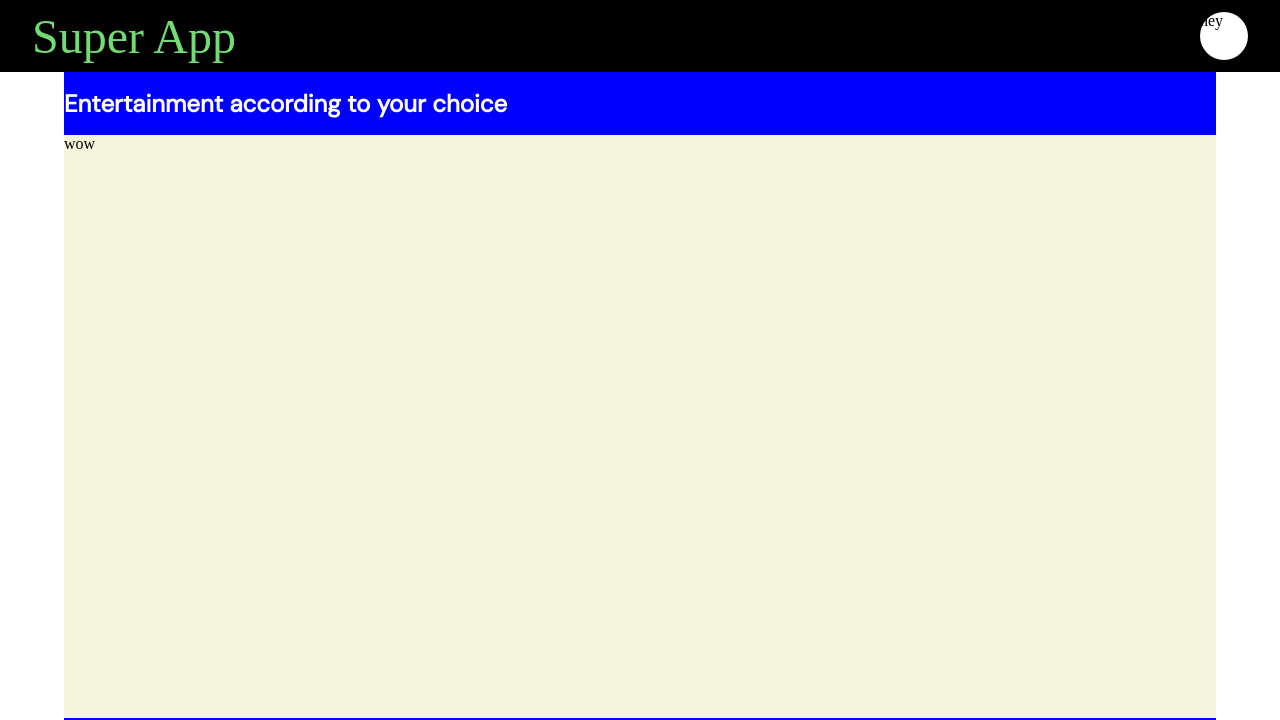
Repository: drumsmanku/react-capstone-project-2
Page: /browse
An editor plug-in stored every save of this project. The page is shown before and after a run of saves, followed by the edit.
The browser window is 1280 px wide. The pictures show the whole page.
The page's requests for data from a server got no answer. Some web fonts or font styles are not loaded; a fallback is used. The project was rebuilt for these pictures with package versions that can differ from the ones it lists, and the page was loaded fresh each time. No one was signed in, and anything a server would have sent is missing. Also part of the build but not shown: src/components/RegistrationPage.js, src/components/SubmitSuccess.js, src/components/CategoriesPage.js, src/components/WeatherandNews.js.

Above is the page before, as saved 2023-06-01 20:39:04.

After the next 3 saves:
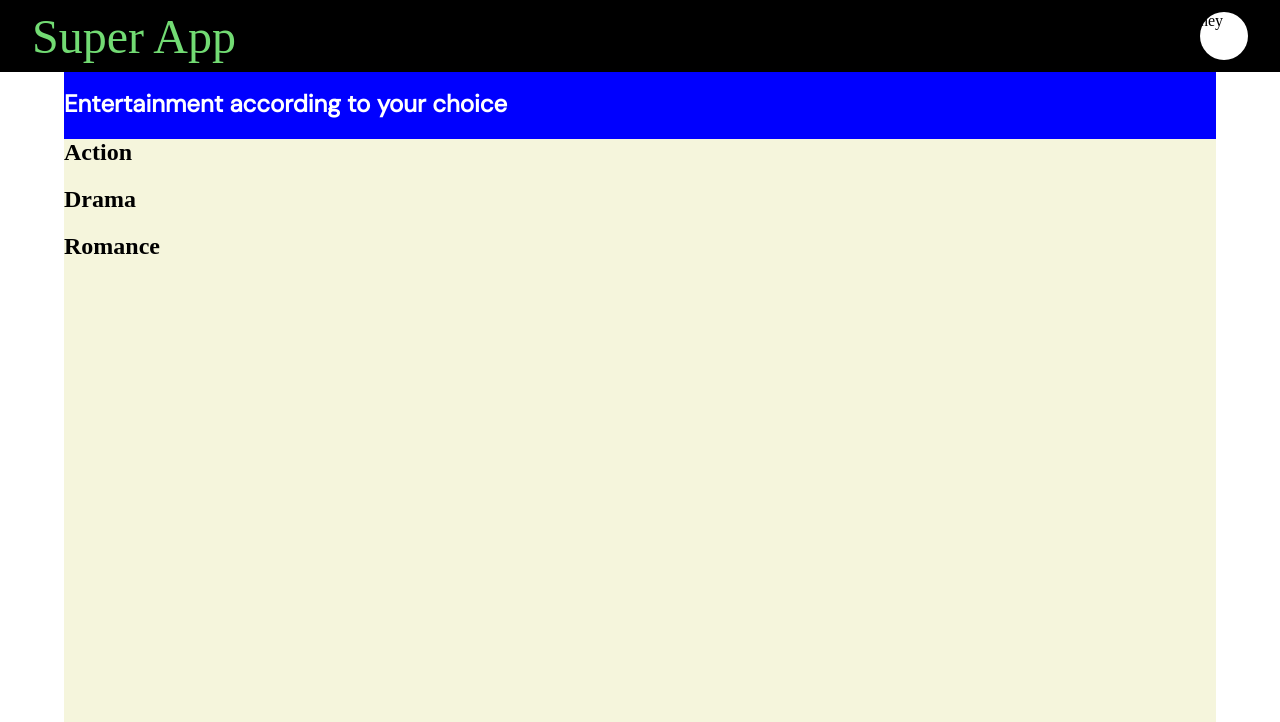
The 3 saves are shown as one change because 2 did not build or start.
The last was saved 19 min 29 s later.
--- a/src/components/BrowseCategories.js
+++ b/src/components/BrowseCategories.js
@@ -1,60 +1,77 @@
-import React from 'react';
-import './BrowseCategories.css';
-import avatar from '../Assets/image14.png'
-import { useState,useEffect } from 'react';
-import axios from 'axios';
+import React from "react";
+import "./BrowseCategories.css";
+import avatar from "../Assets/image14.png";
+import { useState, useEffect } from "react";
+import axios from "axios";
 
 function BrowseCategories() {
+  const [catState, setCatState] = useState(null);
+  const [searchQuery, setSearchQuery] = useState("");
+  const [searchResults, setSearchResults] = useState([]);
+  const [genreImages, setGenreImages] = useState({});
 
-  const[catState, setCatState]=useState(null);
-  const [searchQuery, setSearchQuery] = useState('');
-  const [searchResults, setSearchResults] = useState([]);
-
-
-  useEffect(()=>{
+  useEffect(() => {
     const categoryData = localStorage.getItem("categoryItems");
-    if(categoryData){
-      const finalCatData=JSON.parse(categoryData);
+    if (categoryData) {
+      const finalCatData = JSON.parse(categoryData);
       setCatState(finalCatData);
     }
-  },[])
+  }, []);
 
-  const fetchUnogsData = async (searchQuery) => {
+  const fetchGenreImages = async (genre) => {
     try {
-      const response = await axios.get('https://unogs-unogs-v1.p.rapidapi.com/aaapi.cgi', {
-        headers: {
-          'X-RapidAPI-Host': 'unogs-unogs-v1.p.rapidapi.com',
-          'X-RapidAPI-Key': 'a885653925mshf86f1757c3987cfp1340fbjsn277741ff7fb4',
-        },
-        params: {
-          q: searchQuery,
+      const response = await axios.get(
+        "https://unogs-unogs-v1.p.rapidapi.com/aaapi.cgi",
+        {
+          headers: {
+            "X-RapidAPI-Host": "unogs-unogs-v1.p.rapidapi.com",
+            "X-RapidAPI-Key": "YOUR_RAPIDAPI_KEY",
+          },
+          params: {
+            q: `genre:${genre}`,
+            // Add other parameters as needed
+          },
+        }
+      );
 
-        },
-      });
+      // Extract the image URLs from the response data
+      const imageUrls = response.data.ITEMS.map((item) => item.image);
 
-      return response.data;
+      return imageUrls;
     } catch (error) {
-      console.error('Error fetching data from unogs API:', error);
-      return null;
+      console.error("Error fetching images for genre:", error);
+      return [];
     }
   };
 
+  const genres = ['Action', 'Drama', 'Romance'];
+
   useEffect(() => {
-    if (searchQuery) {
-      const fetchData = async () => {
-        const data = await fetchUnogsData(searchQuery);
-        setSearchResults(data);
-      };
+    const fetchImages = async () => {
+      const images = {};
 
-      fetchData();
-    }
-  }, [searchQuery]);
+      for (const genre of genres) {
+        images[genre] = await fetchGenreImages(genre);
+      }
+
+      setGenreImages(images);
+    };
+
+    fetchImages();
+  }, []);
 
   return (
-    <div className='container-b'>
+    <div className="container-b">
       <div className="header">
         <h1>Super App</h1>
-        <div className="avatar" style={{backgroundImage:`url:${avatar}`,backgroundRepeat: "no-repeat",backgroundSize: "40rem",}}>
+        <div
+          className="avatar"
+          style={{
+            backgroundImage: `url:${avatar}`,
+            backgroundRepeat: "no-repeat",
+            backgroundSize: "40rem",
+          }}
+        >
           hey
         </div>
       </div>
@@ -62,12 +79,28 @@
         <div className="main-elements">
           <h1>Entertainment according to your choice</h1>
           <div className="category-elements-b">
-            wow
+            <div>
+              {genres.map((genre) => (
+                <div key={genre}>
+                  <h2>{genre}</h2>
+                  <div>
+                    {genreImages[genre] &&
+                      genreImages[genre].map((imageUrl, index) => (
+                        <img
+                          key={index}
+                          src={imageUrl}
+                          alt={`${genre} movie`}
+                        />
+                      ))}
+                  </div>
+                </div>
+              ))}
+            </div>
           </div>
         </div>
       </div>
     </div>
-  )
+  );
 }
 
-export default BrowseCategories
+export default BrowseCategories;
